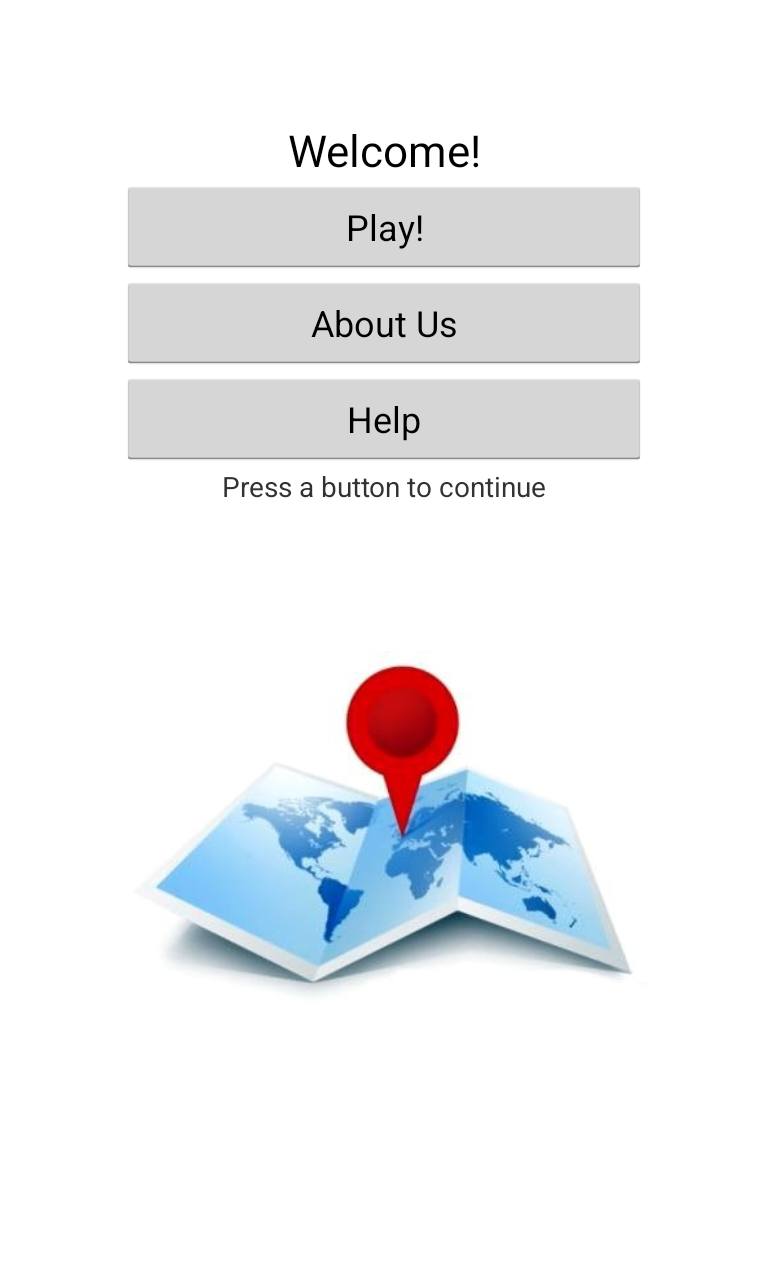
Repository: AGNT/Mobile_application_SU13
Layout: android/Locate/res/layout/activity_menu.xml
An editor plug-in stored every save of this project. The layout is shown before and after the next save, followed by the edit.
It is drawn on a 768 x 1280 px phone screen (xhdpi) without system bars, with theme AppTheme; the app's code is not run.

Above is the layout before, as saved 2013-08-10 07:11:35.

After the next save:
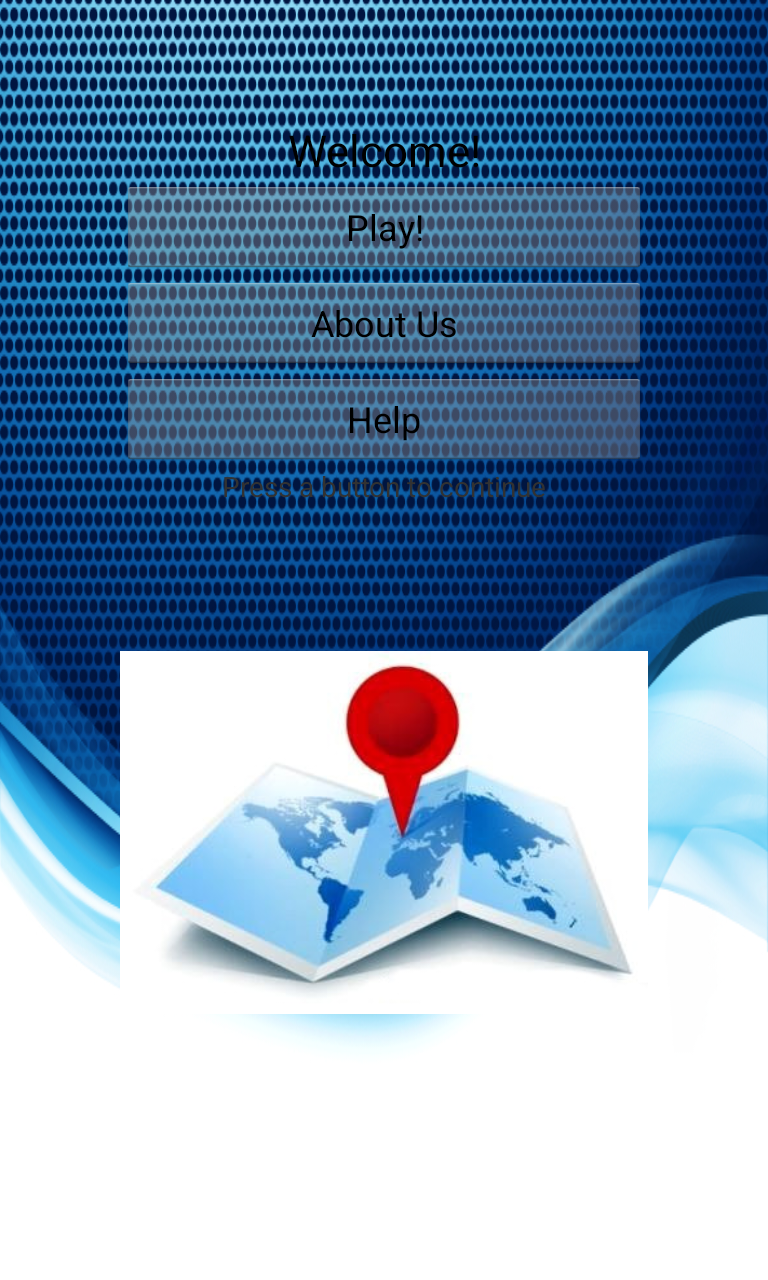
Saved 13 min 31 s later.
--- a/android/Locate/res/layout/activity_menu.xml
+++ b/android/Locate/res/layout/activity_menu.xml
@@ -8,7 +8,8 @@
     android:paddingLeft="@dimen/activity_horizontal_margin"
     android:paddingRight="@dimen/activity_horizontal_margin"
     android:paddingTop="@dimen/activity_vertical_margin"
-    tools:context=".Menu" >
+    tools:context=".Menu"
+    android:background="@drawable/patterns" >
 
     <TextView
         android:id="@+id/textView1"
